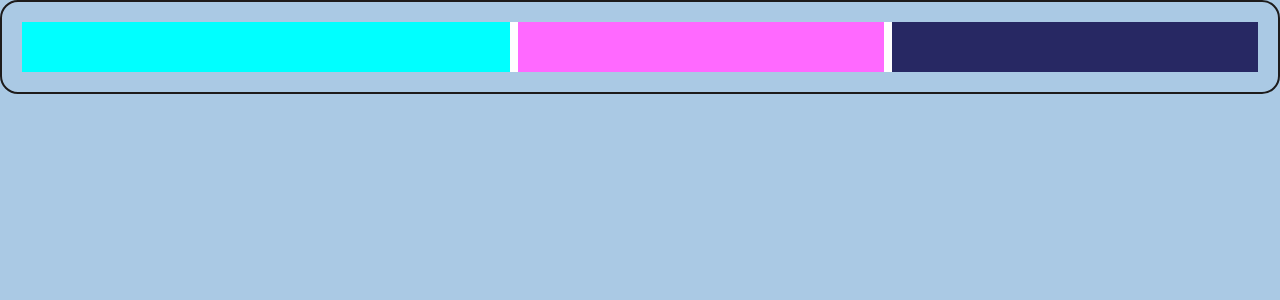
Repository: SbuKhoza/furniture
Page: /
The author's editor kept a copy of each file at every save. The page is drawn from the files as they stood at one save, then again after the next save.
The browser window is 1280 px wide. The pictures show the whole page.
The project was rebuilt for these pictures with package versions that can differ from the ones it lists, and the page was loaded fresh each time.

Above is the page before, as saved 2024-07-12 12:14:35.

After the next save:
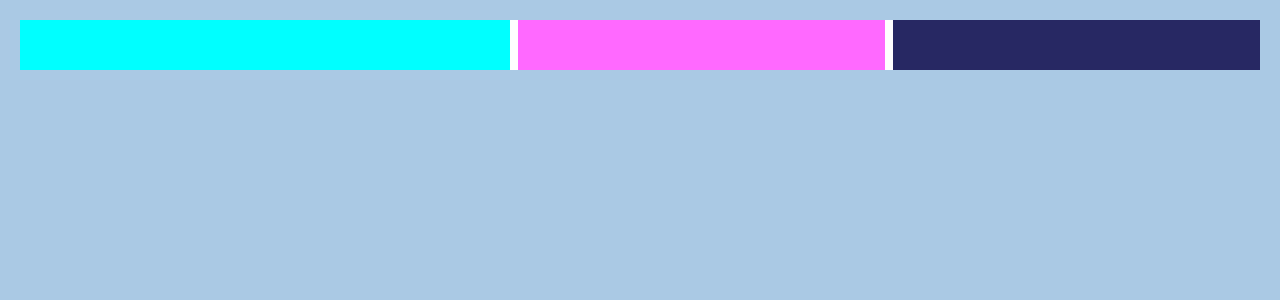
Saved 5 s later.
--- a/src/App.css
+++ b/src/App.css
@@ -9,7 +9,7 @@
   grid-template-areas: 'nav nav nav'
   'main main main';
   padding: 20px 20px;
-  border: 2px solid rgb(29, 27, 27);
+  /* border: 2px solid rgb(29, 27, 27); */
   border-radius: 18px;
 
 }

After the save that followed:
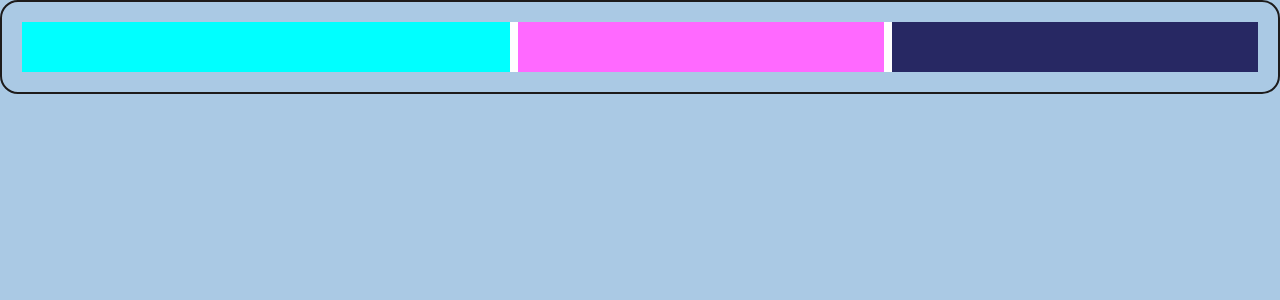
Saved 15 s later.
--- a/src/App.css
+++ b/src/App.css
@@ -9,7 +9,7 @@
   grid-template-areas: 'nav nav nav'
   'main main main';
   padding: 20px 20px;
-  /* border: 2px solid rgb(29, 27, 27); */
+  border: 2px solid rgb(29, 27, 27);
   border-radius: 18px;
 
 }
